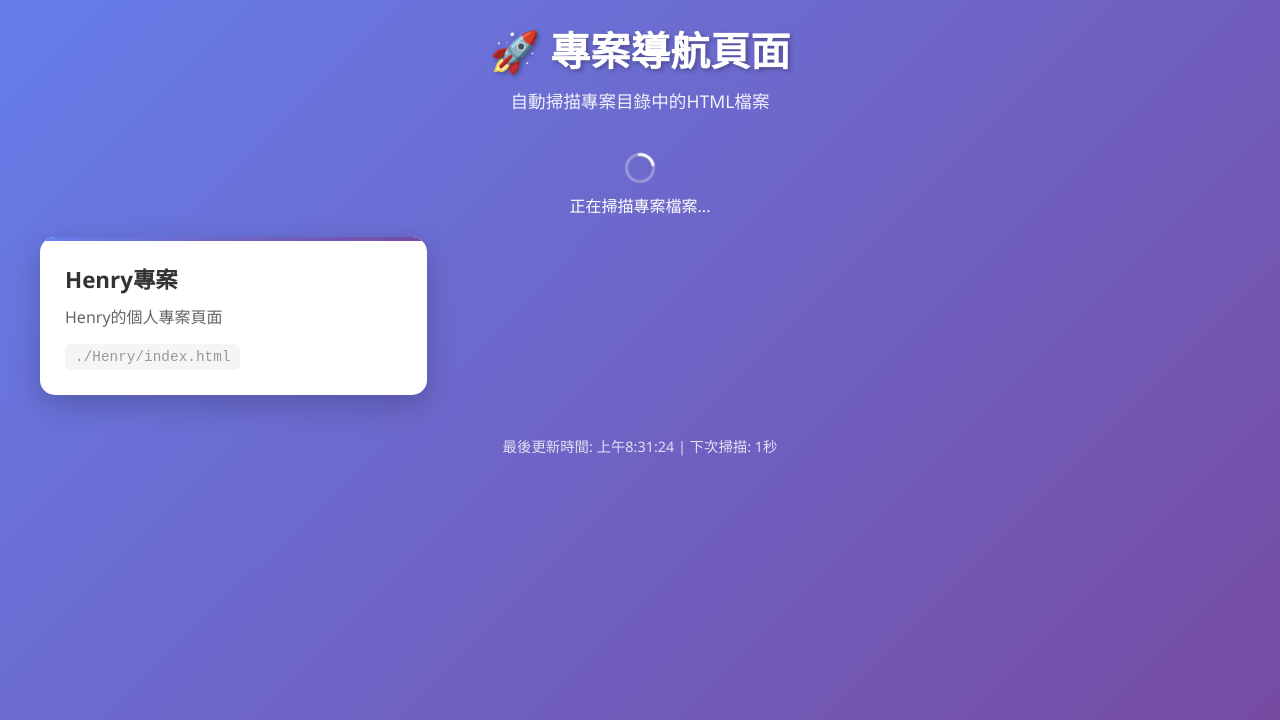
Repository: HenryLin0914/demo1023
Page: index.html
These files come from the project's save history. The page is drawn as it stood at one moment and after the next save; the edit follows.
The browser window is 1280 px wide. The pictures show the whole page.

Above is the page before, as saved 2025-10-22 16:57:41.

After the next save:
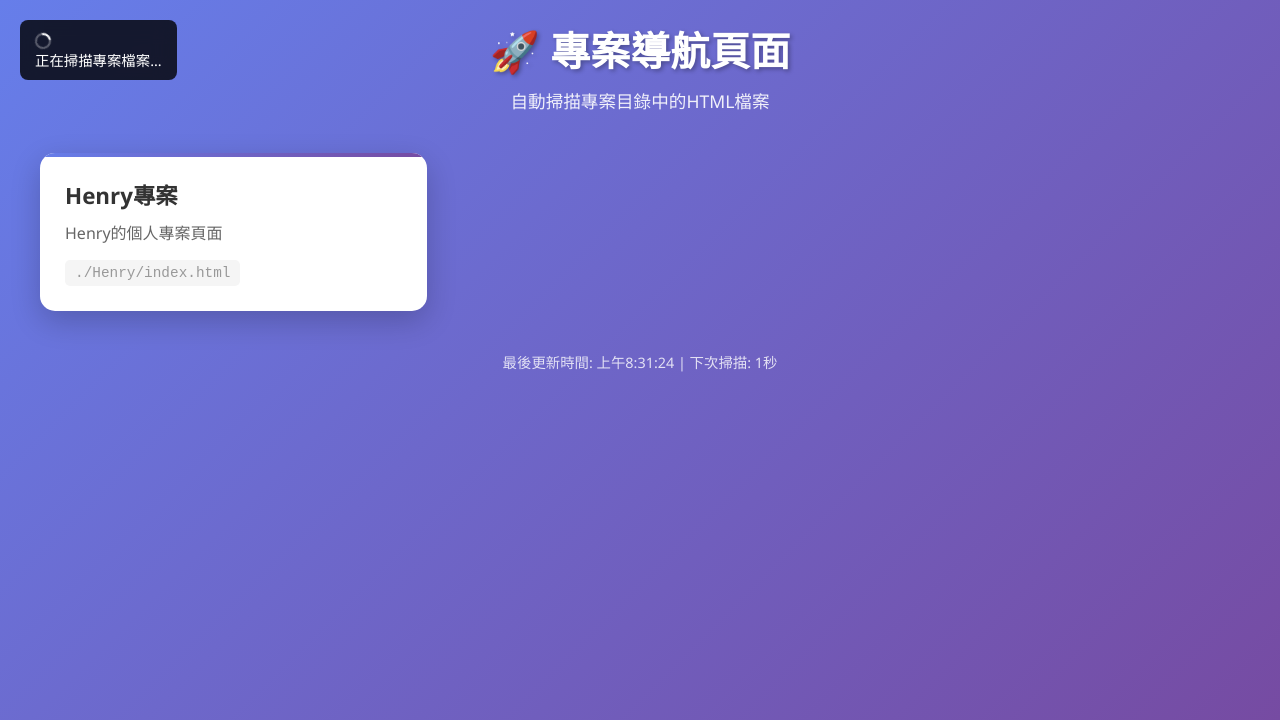
Saved 64 s later.
--- a/index.html
+++ b/index.html
@@ -106,19 +106,28 @@
 
         .loading {
             display: none;
-            text-align: center;
-            color: white;
-            margin: 20px 0;
+            position: fixed;
+            top: 20px;
+            left: 20px;
+            background: rgba(0,0,0,0.8);
+            color: white;
+            padding: 10px 15px;
+            border-radius: 8px;
+            font-size: 0.9rem;
+            z-index: 1000;
+            backdrop-filter: blur(10px);
         }
 
         .spinner {
-            border: 3px solid rgba(255,255,255,0.3);
+            border: 2px solid rgba(255,255,255,0.3);
             border-radius: 50%;
-            border-top: 3px solid white;
-            width: 30px;
-            height: 30px;
+            border-top: 2px solid white;
+            width: 16px;
+            height: 16px;
             animation: spin 1s linear infinite;
-            margin: 0 auto 10px;
+            display: inline-block;
+            margin-right: 8px;
+            vertical-align: middle;
         }
 
         @keyframes spin {
